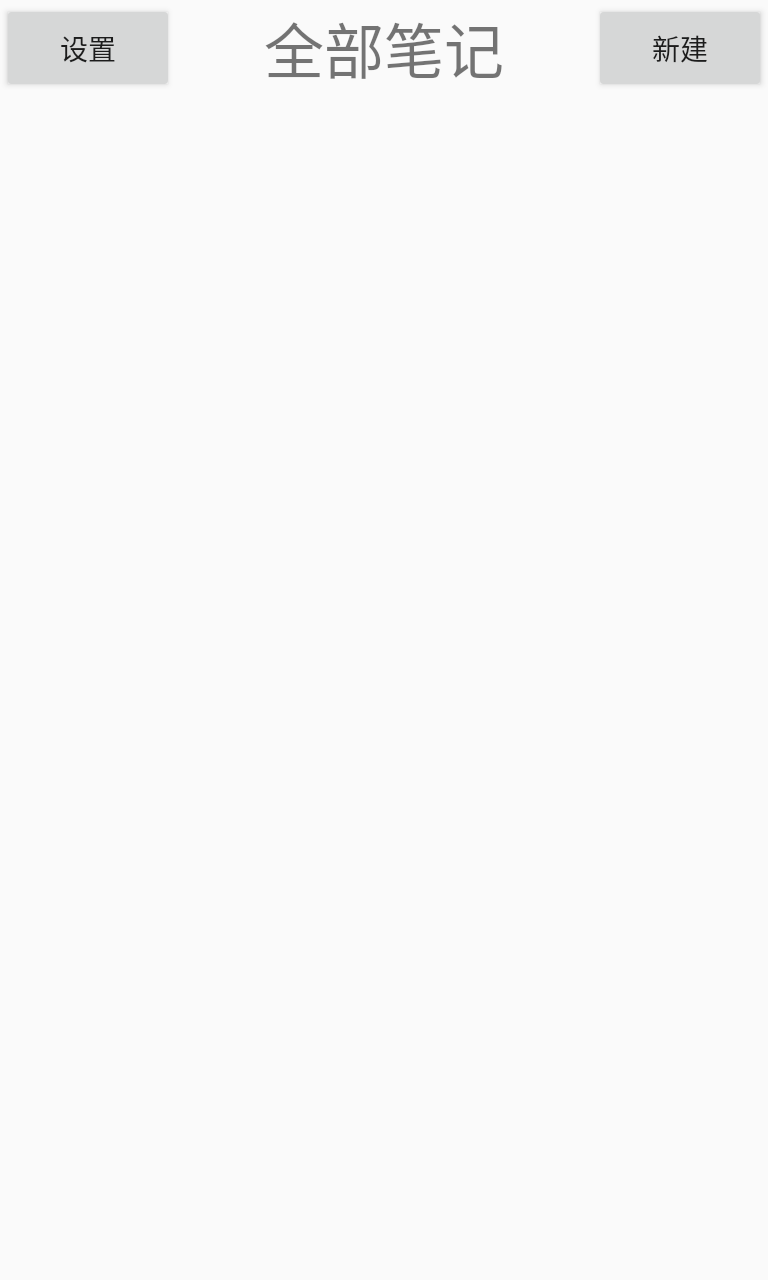
Repository: mxfpaul/Test
Layout: Note/MyNote2/res/layout/home.xml
The author's editor kept a copy of each file at every save. The layout is drawn from the files as they stood at one save, then again after a run of saves.
It is drawn on a 768 x 1280 px phone screen (xhdpi) without system bars, with theme AppTheme; the app's code is not run.

Above is the layout before, as saved 2014-11-22 03:15:57.

After the next 2 saves:
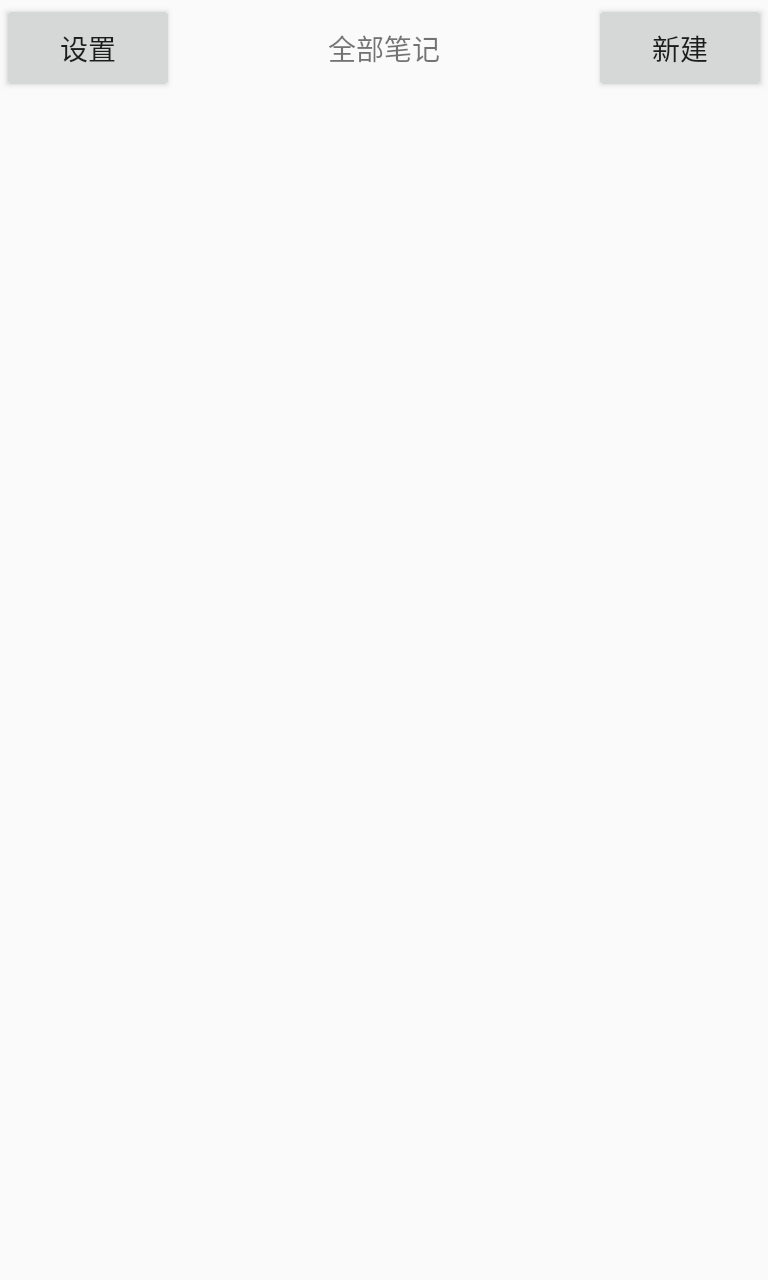
The 2 saves are shown as one change because they came seconds apart.
The last was saved 11 s later.
--- a/Note/MyNote2/res/layout/home.xml
+++ b/Note/MyNote2/res/layout/home.xml
@@ -7,31 +7,28 @@
     <LinearLayout
         android:layout_width="match_parent"
         android:layout_height="wrap_content"
-        android:orientation="horizontal">
+        android:orientation="horizontal" >
 
         <Button
-        android:id="@+id/home_button_setting"
-        android:layout_width="wrap_content"
-        android:layout_height="wrap_content"
-        android:text="@string/home_button_text1" />
+            android:id="@+id/home_button_setting"
+            android:layout_width="wrap_content"
+            android:layout_height="wrap_content"
+            android:text="@string/home_button_text1" />
 
-    <TextView
-        android:id="@+id/home_textview_all"
-        android:layout_width="0dp"
-        android:layout_height="wrap_content"
-        android:layout_gravity="center"
-        android:gravity="center"
-        android:layout_weight="1"
-        android:text="@string/home_textview_text"
-        android:textSize="30sp" />
+        <TextView
+            android:id="@+id/home_textview_all"
+            android:layout_width="0dp"
+            android:layout_height="wrap_content"
+            android:layout_gravity="center"
+            android:layout_weight="1"
+            android:gravity="center"
+            android:text="@string/home_textview_text" />
 
-    <Button
-        android:id="@+id/home_button_new"
-        android:layout_width="wrap_content"
-        android:layout_height="wrap_content"
-        android:text="@string/home_button_text2" />
-
-
+        <Button
+            android:id="@+id/home_button_new"
+            android:layout_width="wrap_content"
+            android:layout_height="wrap_content"
+            android:text="@string/home_button_text2" />
     </LinearLayout>
 
 </LinearLayout>

After the save that followed:
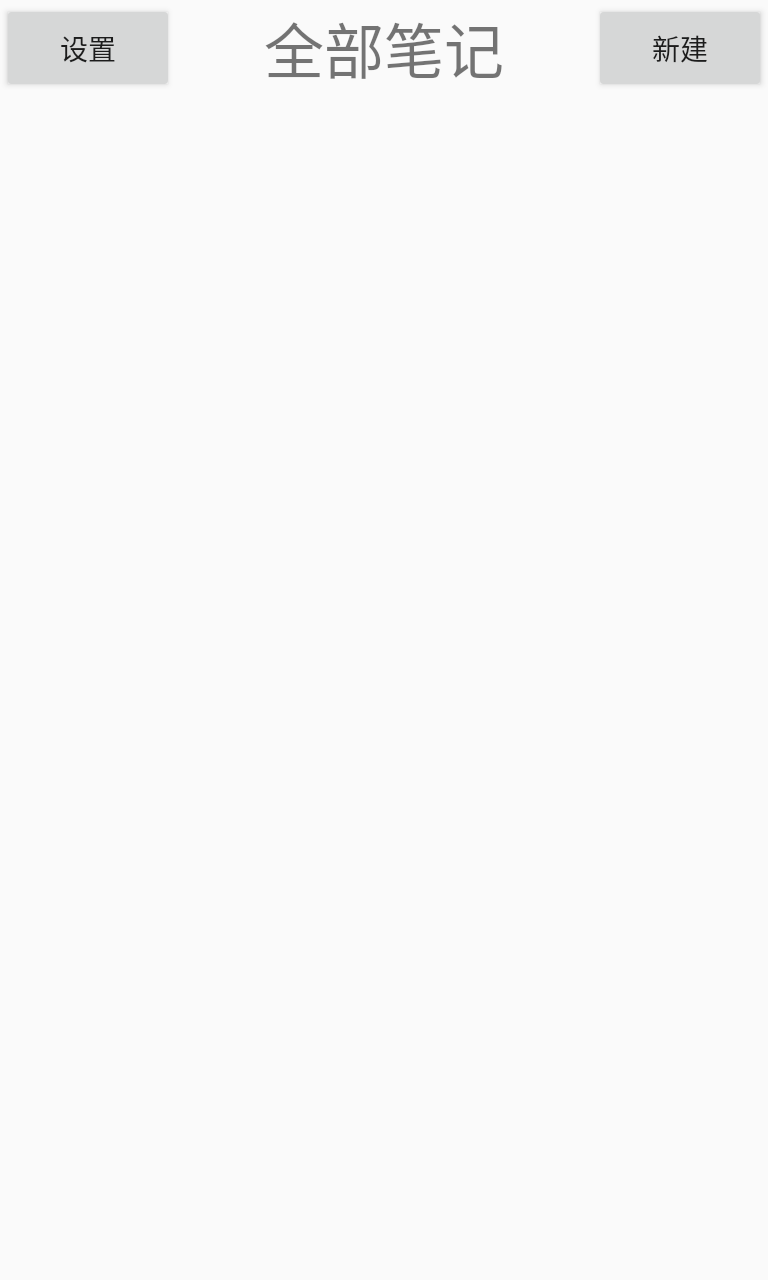
Saved 19 s later.
--- a/Note/MyNote2/res/layout/home.xml
+++ b/Note/MyNote2/res/layout/home.xml
@@ -22,7 +22,9 @@
             android:layout_gravity="center"
             android:layout_weight="1"
             android:gravity="center"
-            android:text="@string/home_textview_text" />
+            android:text="@string/home_textview_text"
+            android:textSize="30sp"
+            />
 
         <Button
             android:id="@+id/home_button_new"
